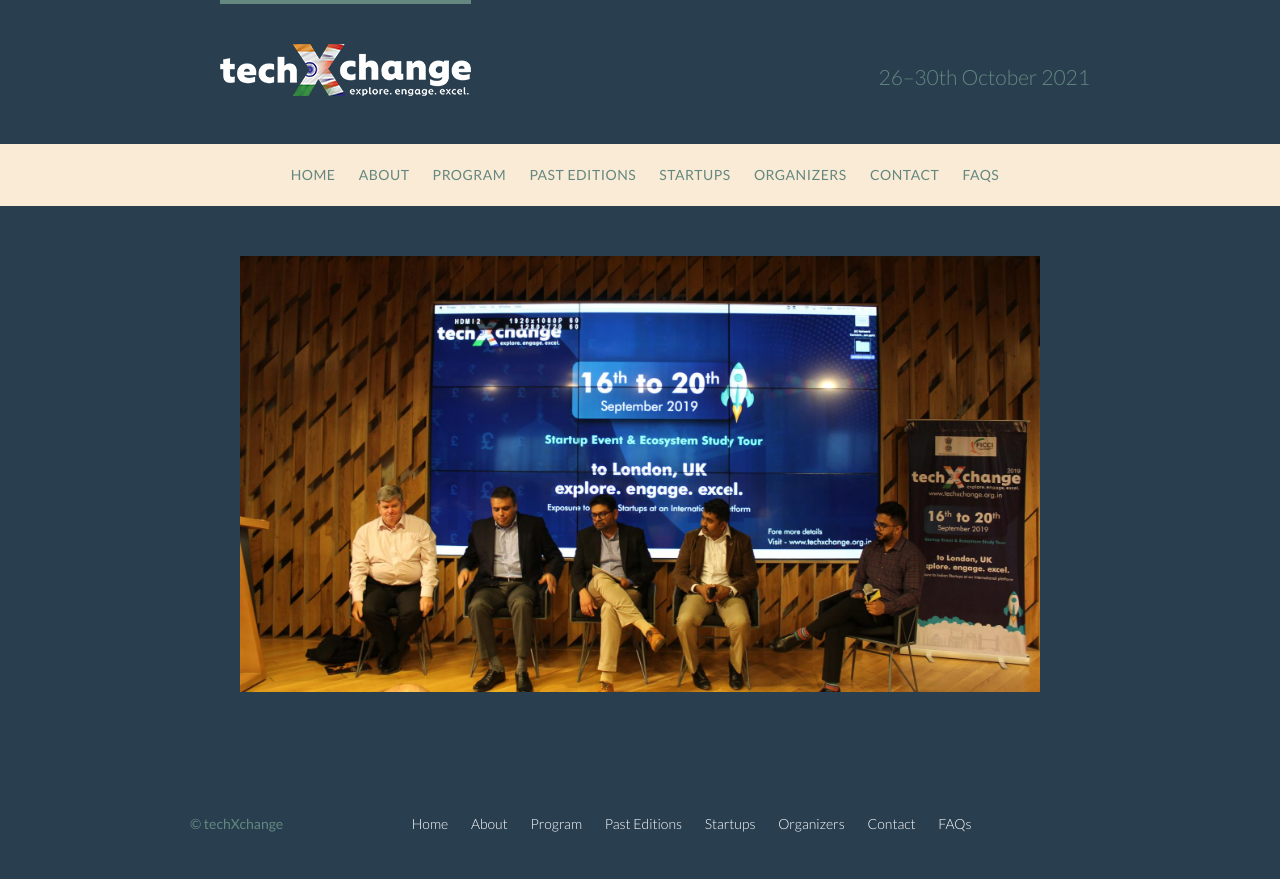
Repository: srush-shah/techXchange
Page: index.html
An editor plug-in stored every save of this project. The page is shown before and after a run of saves, followed by the edit.
The browser window is 1280 px wide. The pictures show the whole page.

Above is the page before, as saved 2021-07-16 04:38:24.

After the next 2 saves:
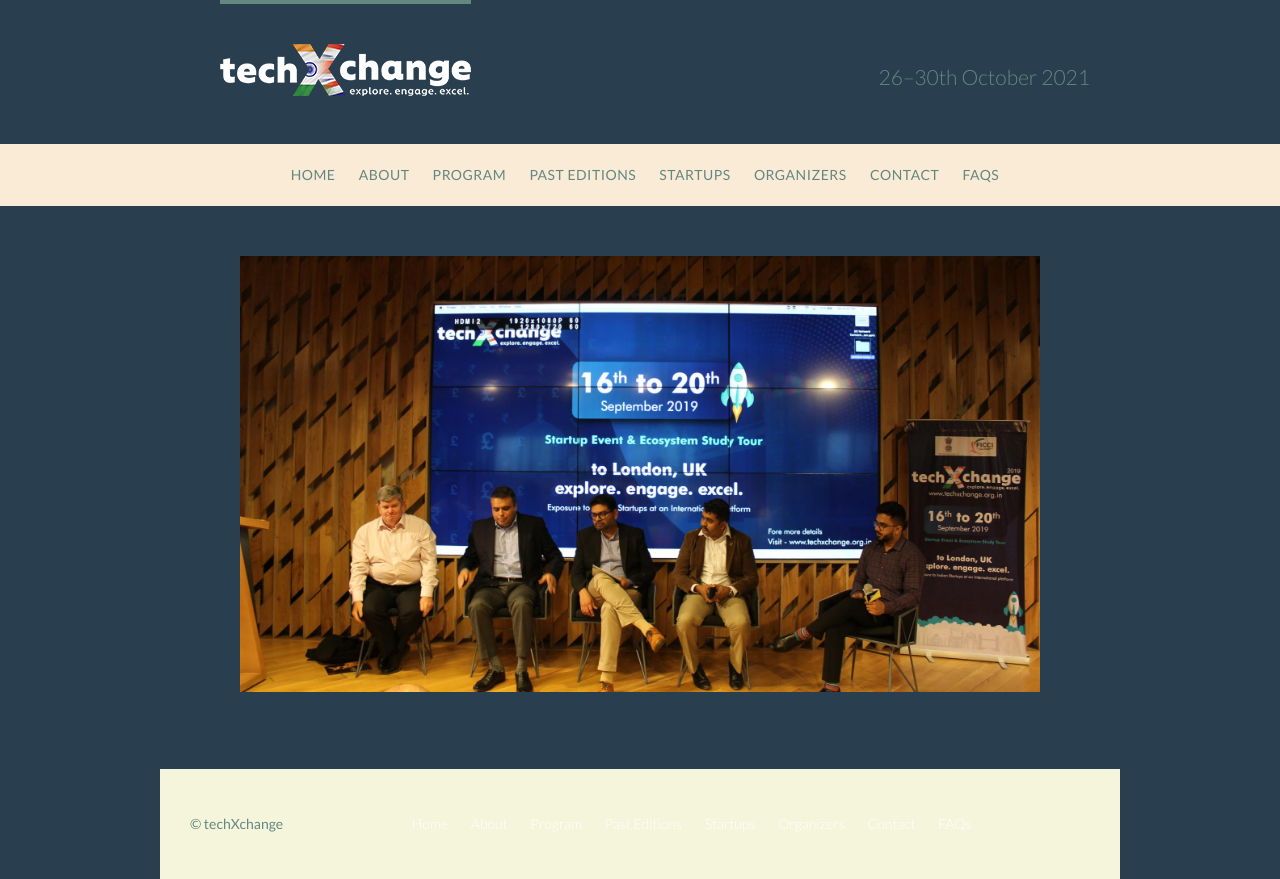
The 2 saves are shown as one change because they came seconds apart.
The last was saved 8 s later.
--- a/assets/stylesheets/main.css
+++ b/assets/stylesheets/main.css
@@ -344,7 +344,7 @@
   font-size: 14px;
   padding-bottom: 44px;
   padding-top: 44px;
-  background-color: ;
+  background-color:beige;
 }
 
 .primary-footer small {

After the 3 saves that followed:
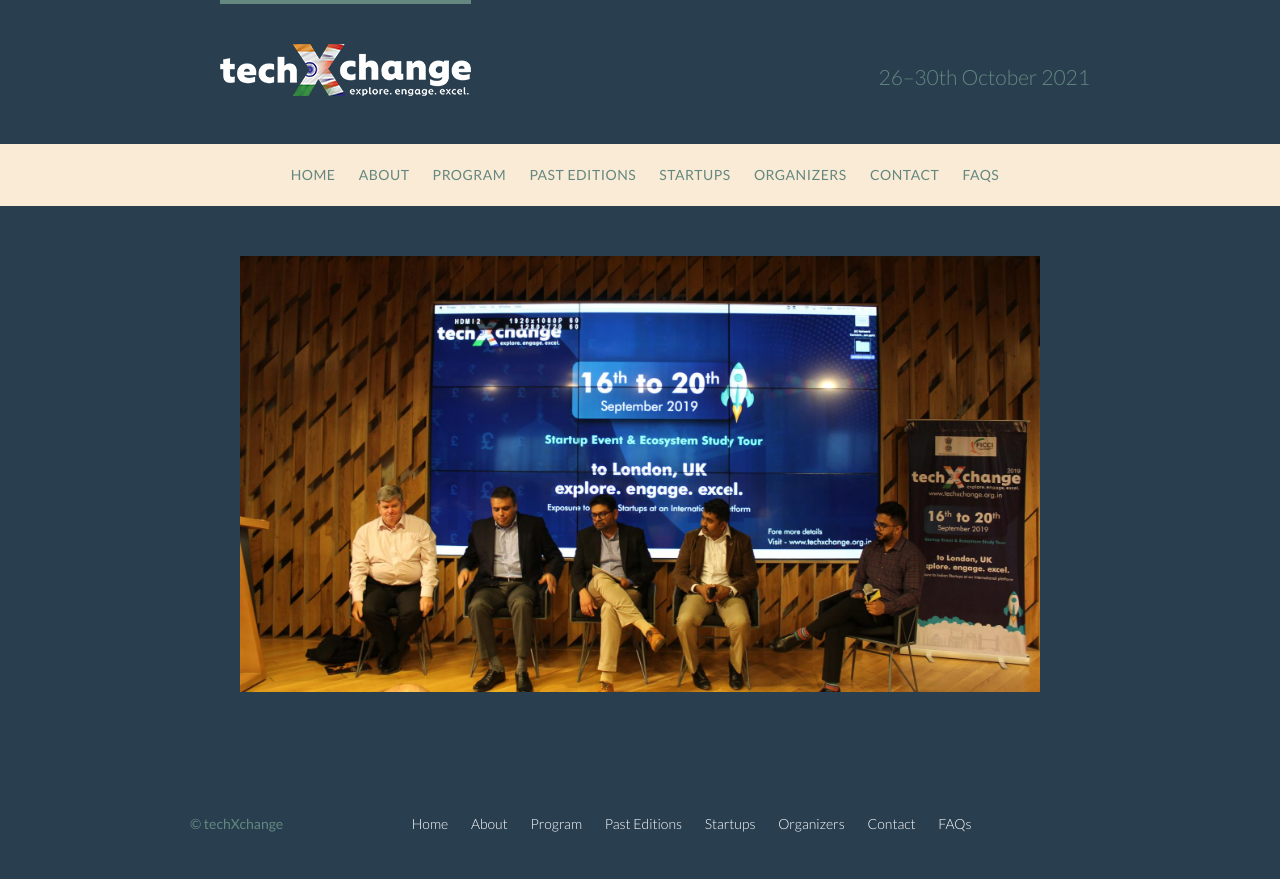
The 3 saves are shown as one change because they came seconds apart.
The last was saved 9 s later.
--- a/assets/stylesheets/main.css
+++ b/assets/stylesheets/main.css
@@ -344,7 +344,7 @@
   font-size: 14px;
   padding-bottom: 44px;
   padding-top: 44px;
-  background-color:beige;
+  background-color:;
 }
 
 .primary-footer small {
